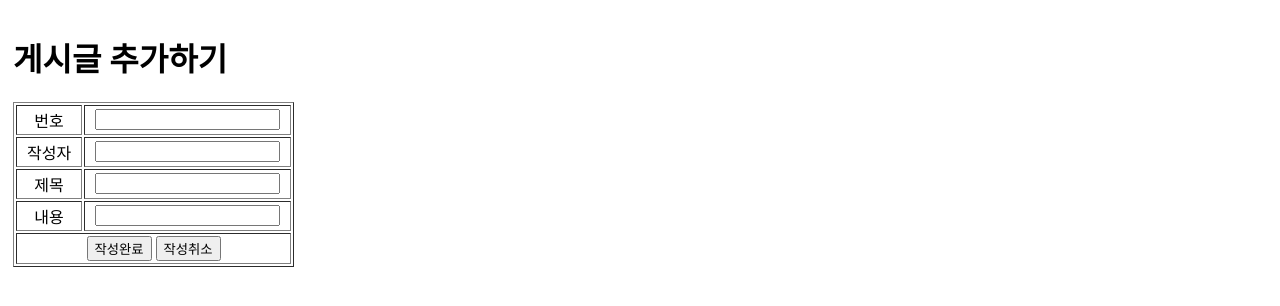
Repository: jjuhye/JSPWorkspace
Page: http://localhost/basic/00_board/_04_addBoard.jsp
The author's editor kept a copy of each file at every save. The page is drawn from the files as they stood at one save, then again after the next save.
The browser window is 1280 px wide. The pictures show the whole page.
The page is served by Tomcat 9. Other server files are loaded and not shown.

Above is the page before, as saved 2023-02-24 05:38:52.

### basic/src/main/webapp/00_board/_04_addBoard.jsp
<%@ page language="java" contentType="text/html; charset=UTF-8"
    pageEncoding="UTF-8"%>
<!DOCTYPE html>
<html>
<head>
<meta charset="UTF-8">
<title>게시글 추가</title>
<link rel="stylesheet" href="./board.css">
</head>
<body>
<div>
	<h1> 게시글 추가하기 </h1>
	<form action="_04_addBoardPro.jsp" method="post">
	<table border="1">
		<tr><td>번호</td>
		<td><input></td></tr>
		<tr><td>작성자</td>
		<td><input></td></tr>
		<tr><td>제목</td>
		<td><input></td></tr>
		<tr><td>내용</td>
		<td><input></td></tr>
		<tr><td colspan="2"><input type="button" name="write" value="작성완료">
	    	<button onclick="location.href='_00_main.jsp'">작성취소</button></td></tr>

	</table><br>
	</form>
	<!-- <a href="_00_main.jsp">뒤로가기</a> -->
</div>
</body>
</html>

### basic/src/main/webapp/00_board/board.css
@charset "UTF-8";



div{
	padding: 5px;
}

td{
	padding: 2px 10px;
	text-align:center;
}

After the next save:
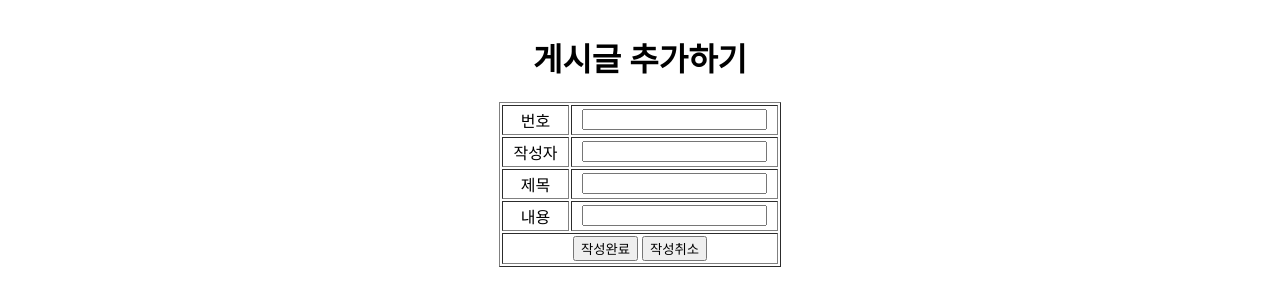
Saved 10 min 31 s later.
--- a/basic/src/main/webapp/00_board/_04_addBoard.jsp
+++ b/basic/src/main/webapp/00_board/_04_addBoard.jsp
@@ -8,7 +8,7 @@
 <link rel="stylesheet" href="./board.css">
 </head>
 <body>
-<div>
+<div align="center">
 	<h1> 게시글 추가하기 </h1>
 	<form action="_04_addBoardPro.jsp" method="post">
 	<table border="1">

After the save that followed:
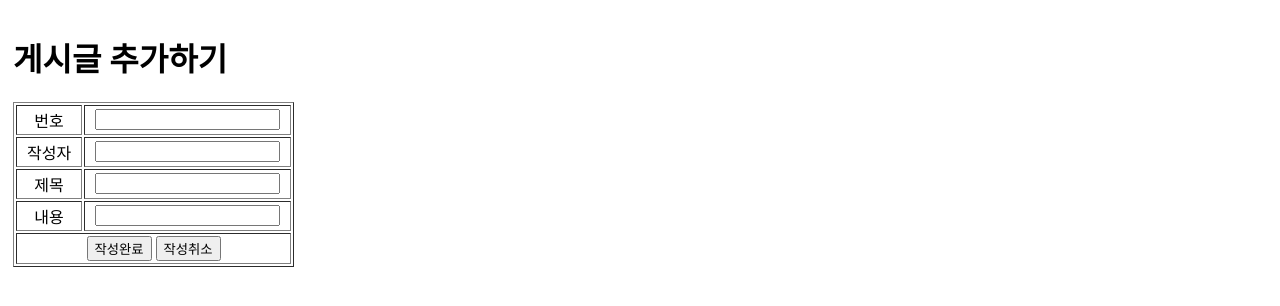
Saved 14 s later.
--- a/basic/src/main/webapp/00_board/_04_addBoard.jsp
+++ b/basic/src/main/webapp/00_board/_04_addBoard.jsp
@@ -8,7 +8,7 @@
 <link rel="stylesheet" href="./board.css">
 </head>
 <body>
-<div align="center">
+<div>
 	<h1> 게시글 추가하기 </h1>
 	<form action="_04_addBoardPro.jsp" method="post">
 	<table border="1">
